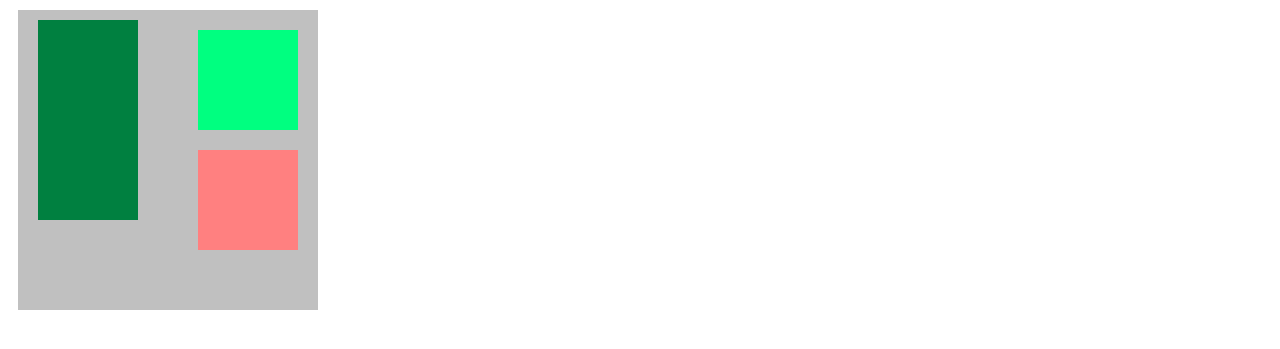
Repository: BaekJiGyeong/JSP_web
Page: http://localhost/Project0303/project2.jsp
An editor plug-in stored every save of this project. The page is shown before and after the next save, followed by the edit.
The browser window is 1280 px wide. The pictures show the whole page.
The page is served by Tomcat 9.

Above is the page before, as saved 2016-03-03 10:27:28.

After the next save:
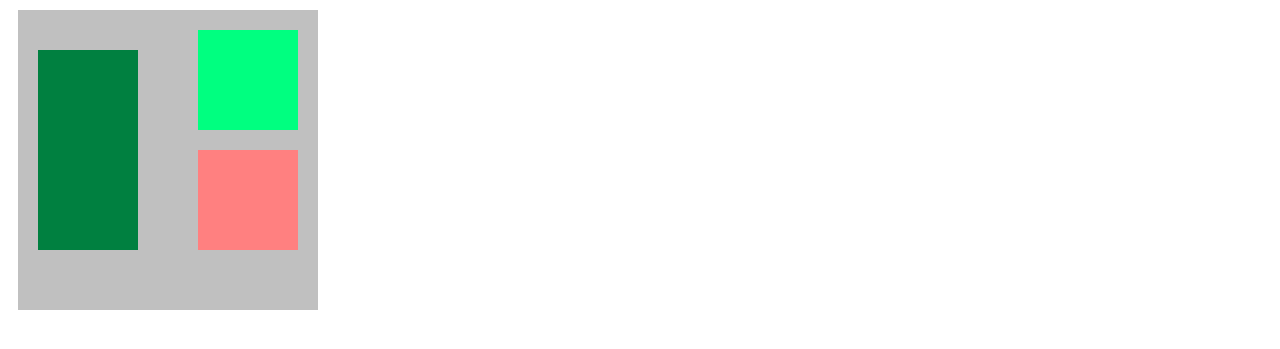
Saved 10 s later.
--- a/Project0303/WebContent/resource/css/project2.css
+++ b/Project0303/WebContent/resource/css/project2.css
@@ -12,7 +12,7 @@ div#wrapper {
 }
 div#col1 {
 	top: 30px;
-	position: center;
+	position: absolute;
 }
 div#col2 {
 	float: right;
